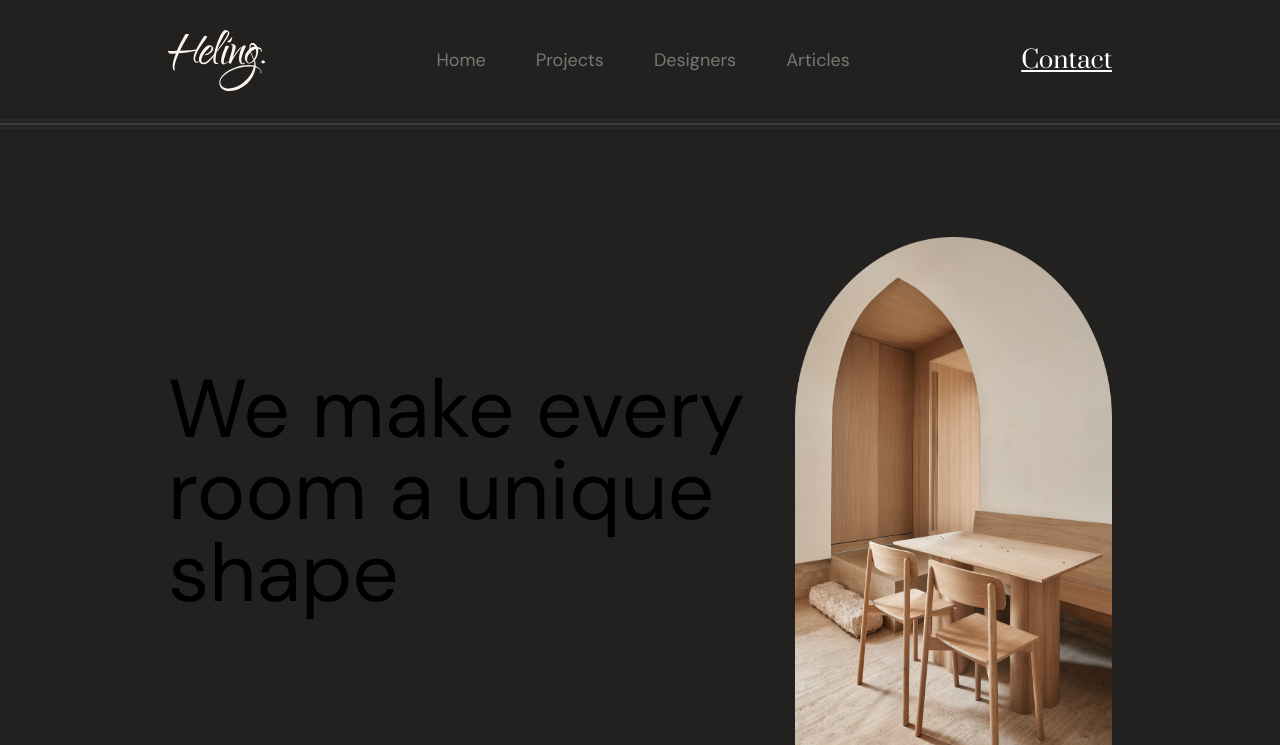
Repository: vandangnhathung/healingui_website
Page: /
An editor plug-in stored every save of this project. The page is shown before and after the next save, followed by the edit.
The browser window is 1280 px wide. The pictures show the whole page.
The project was rebuilt for these pictures with package versions that can differ from the ones it lists, and the page was loaded fresh each time. Also part of the build but not shown: src/App.css.

Above is the page before, as saved 2022-03-16 12:59:06.

After the next save:
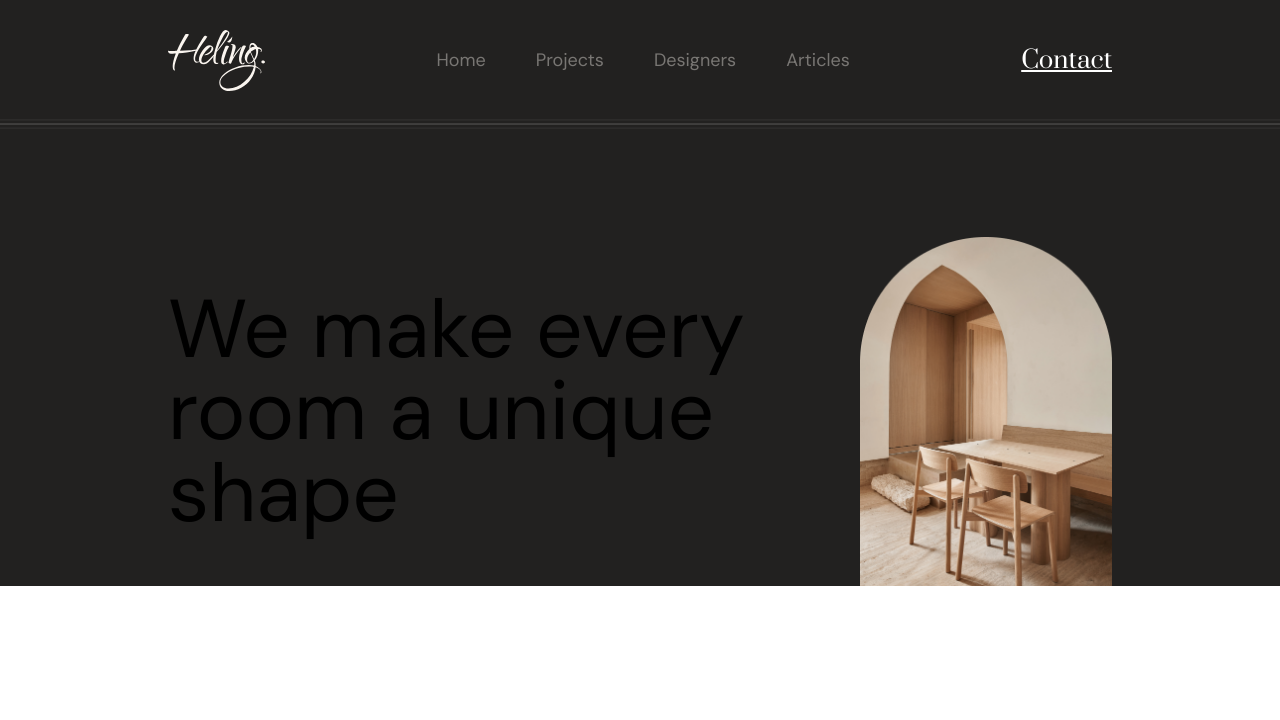
Saved 24 s later.
--- a/src/components/Container/Container.js
+++ b/src/components/Container/Container.js
@@ -20,8 +20,8 @@ const Container = () => {
     line-height: 1;
   `;
   const Image1Div = styled.img`
-    width: 705px;
-    height: 508px;
+    width: auto;
+    height: auto;
   `;
   return (
     <StyledContainer>
